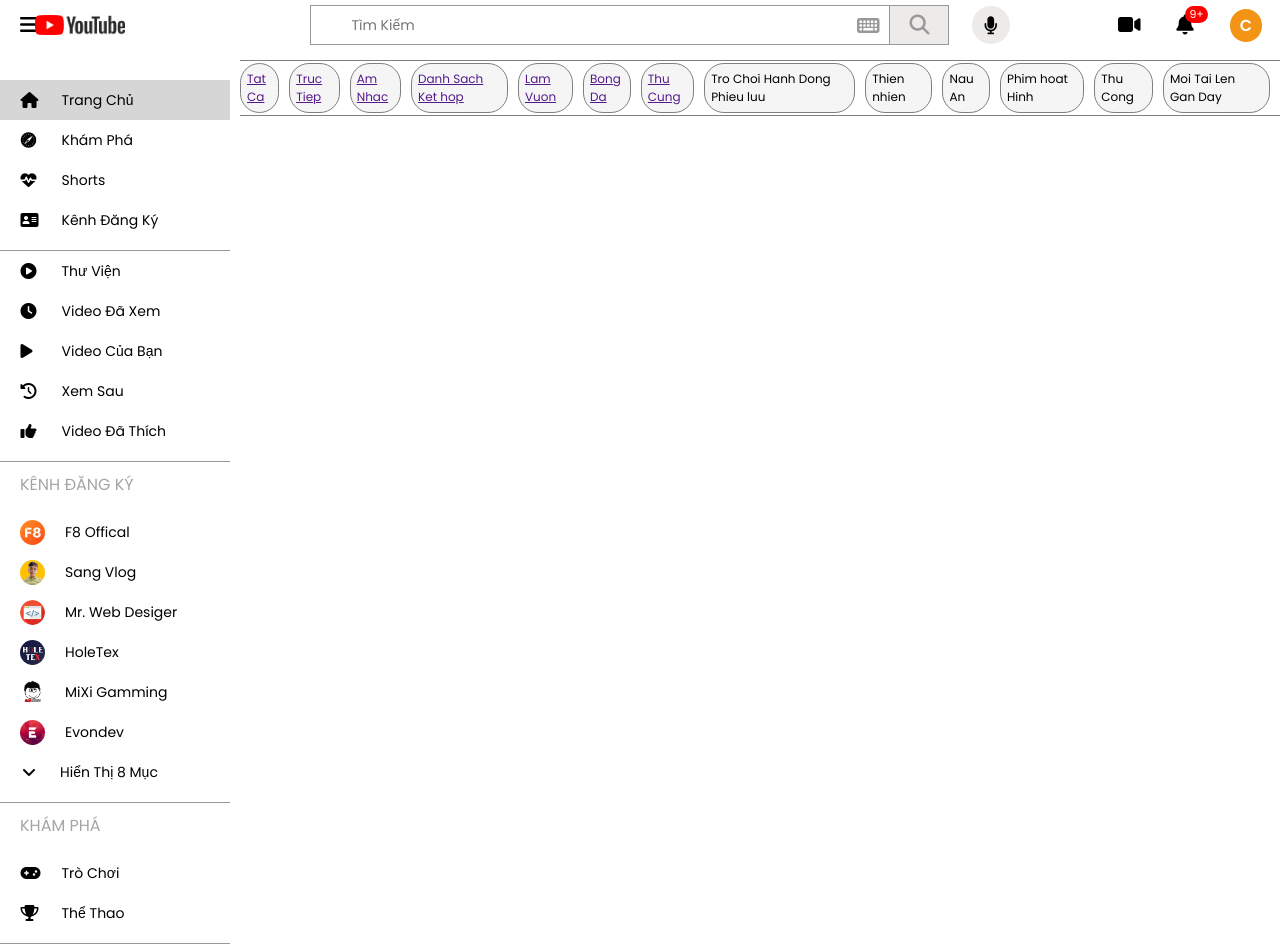
Repository: cuongcay/Clone_YB
Page: index.html
These files come from the project's save history. The page is drawn as it stood at one moment and after a run of saves; the edit follows.
The browser window is 1280 px wide. The pictures show the whole page.
Some web libraries are served in a nearby version.

Above is the page before, as saved 2022-08-04 20:33:47.

### index.html
<!DOCTYPE html>
<html lang="en">
<head>
    <meta charset="UTF-8">
    <meta http-equiv="X-UA-Compatible" content="IE=edge">
    <meta name="viewport" content="width=device-width, initial-scale=1.0">
    <link rel="stylesheet" href="./style.css">
    <link rel="stylesheet" href="https://cdnjs.cloudflare.com/ajax/libs/font-awesome/6.1.2/css/all.min.css">
    <title>Clone_Youtube</title>
</head>
<body>
    <div class="container">
        <div class="header">
            <div class="left-header">
                <i class="fa fa-bars"></i>
                <a href="">
                    <img src="./Image/Logo.png" alt="Logo_Youtube">
                </a>
            </div>
            <div class="center-header">
                <div class="search">

                    <input type="text" placeholder="Tìm Kiếm" class="search-input" onfocus="handleClick()">
                    <i class="fa fa-keyboard keyboard"></i>

                    <div class="search_modal" id="search-modal">
                        <div class="search_modal_item">
                            <i class="fa-solid fa-magnifying-glass"></i>
                            <span>Html code facebook Login Fage</span>
                        </div>
                        <div class="search_modal_item">
                            <i class="fa-solid fa-magnifying-glass"></i>
                            <span>HTML, CSS project</span>
                        </div>
                        <div class="search_modal_item">
                            <i class="fa-solid fa-magnifying-glass"></i>
                            <span>F8 Fullstack</span>
                        </div>
                        <div class="search_modal_item">
                            <i class="fa-solid fa-magnifying-glass"></i>
                            <span>Nodemy</span>
                        </div>
                        <div class="search_modal_item">
                            <i class="fa-solid fa-magnifying-glass"></i>
                            <span>Evondev</span>
                        </div>
                        <div class="search_modal_item">
                            <i class="fa-solid fa-magnifying-glass"></i>
                            <span>Sun PordCard</span>
                        </div>
                        <div class="search_modal_item">
                            <i class="fa-solid fa-magnifying-glass"></i>
                            <span>F8 ReactJS</span>
                        </div>
                        <div class="search_modal_item">
                            <i class="fa-solid fa-magnifying-glass"></i>
                            <span>FreeCodeCamp</span>
                        </div>
                        <div class="search_modal_item">
                            <i class="fa-solid fa-magnifying-glass"></i>
                            <span>github</span>
                        </div>

                    </div>

                </div>
                <div>
                    <i class="fa-solid fa-magnifying-glass icon-search"></i>
                    <i class="fa-solid fa-microphone icon-mic"></i>
                </div>
            </div>
            <div class="right-header">
                <div class="create">
                    <i class="fa-solid fa-video create-icon" id="create-icon"></i>
                    <span class="create-icon-hover">Tao</span>
                    <div class="create-icon-show " id="create-icon-show">
                        <div class="create-show-content">
                            <div class="create-show-content-list">
                                <i class="fa-solid fa-play"></i>
                                <span>Tai Video len</span>
                            </div>
                            <div class="create-show-content-list">
                                <i class="fa-solid fa-tower-broadcast"></i>
                                <span >Phat truc Tiep</span>

                            </div>
                        </div>
                    </div>
                </div>
                <div class="notifi">
                    <i class="fa-solid fa-bell notifi-icon" id="notifi-icon"></i>
                    <span class="notifi-hover">Thong bao</span>
                    <span class="live-stream">9+</span>
                    <div class="notifi-show" id="notifi-show">
                        <div class="notifi-show-header">
                            <span>Thong Bao</span>
                            <div class="notifi-show-header-icon">
                                <i class="fa-solid fa-gear icon-gear"></i>
                                <p>Cai Dat</p>
                            </div>

                        </div>
                        <div class="notifi-show-body">
                            <div class="notift-show-list">
                                <div class="notifi-show-content">
                                    <div class="notifi-show-content-first"></div>
                                    <div class="notifi-show-content-second">
                                        <img src="./Image/mixi.jpeg" alt="">
                                    </div>
                                    <div class="notifi-show-content-third">
                                        <p>
                                            MiXingGamming dang phat truc tiep: <br>
                                            Restream Hom Qua....
                                        </p>
                                        <span>11 gio truoc</span>
                                    </div>
                                    <div class="notifi-show-content-four">
                                        <img src="./Image/Notifi_show/mixi.jpeg" alt="Mixigamming">
                                    </div>
                                </div>
                            </div>

                            <div class="notift-show-list">
                                <div class="notifi-show-content">
                                    <div class="notifi-show-content-first"></div>
                                    <div class="notifi-show-content-second">
                                        <img src="./Image/mixi.jpeg" alt="">
                                    </div>
                                    <div class="notifi-show-content-third">
                                        <p>
                                            MiXingGamming dang phat truc tiep: <br>
                                            Restream Hom Qua....
                                        </p>
                                        <span>11 gio truoc</span>
                                    </div>
                                    <div class="notifi-show-content-four">
                                        <img src="./Image/Notifi_show/mixi.jpeg" alt="Mixigamming">
                                    </div>
                                </div>
                            </div>
                            <div class="notift-show-list">
                                <div class="notifi-show-content">
                                    <div class="notifi-show-content-first"></div>
                                    <div class="notifi-show-content-second">
                                        <img src="./Image/mixi.jpeg" alt="">
                                    </div>
                                    <div class="notifi-show-content-third">
                                        <p>
                                            MiXingGamming dang phat truc tiep: <br>
                                            Restream Hom Qua....
                                        </p>
                                        <span>11 gio truoc</span>
                                    </div>
                                    <div class="notifi-show-content-four">
                                        <img src="./Image/Notifi_show/mixi.jpeg" alt="Mixigamming">
                                    </div>
                                </div>
                            </div>
                            <div class="notift-show-list">
                                <div class="notifi-show-content">
                                    <div class="notifi-show-content-first"></div>
                                    <div class="notifi-show-content-second">
                                        <img src="./Image/mixi.jpeg" alt="">
                                    </div>
                                    <div class="notifi-show-content-third">
                                        <p>
                                            MiXingGamming dang phat truc tiep: <br>
                                            Restream Hom Qua....
                                        </p>
                                        <span>11 gio truoc</span>
                                    </div>
                                    <div class="notifi-show-content-four">
                                        <img src="./Image/Notifi_show/mixi.jpeg" alt="Mixigamming">
                                    </div>
                                </div>
                            </div>
                            <div class="notift-show-list">
                                <div class="notifi-show-content">
                                    <div class="notifi-show-content-first"></div>
                                    <div class="notifi-show-content-second">
                                        <img src="./Image/mixi.jpeg" alt="">
                                    </div>
                                    <div class="notifi-show-content-third">
                                        <p>
                                            MiXingGamming dang phat truc tiep: <br>
                                            Restream Hom Qua....
                                        </p>
                                        <span>11 gio truoc</span>
                                    </div>
                                    <div class="notifi-show-content-four">
                                        <img src="./Image/Notifi_show/mixi.jpeg" alt="Mixigamming">
                                    </div>
                                </div>
                            </div>
                        </div>
                    </div>
                </div>

                <div class="user">
                    <h4>C</h4>
                </div>
            </div>
            <!-- Chao Ho Van Trong -->
        </div>
    </div>
    <div class="container-fulid">
        <div class="nav-bar">
            <ul class="nav-bar-list">
                <li>
                    <a href="#" class="nav-bar-link ">
                        <div class="nav-bar-box active">
                            <i class="fa-solid fa-house icon-nav" ></i>
                            <p class="nav-bar-text">Trang Chủ</p>
                        </div>
                    </a>
                </li>
                <li>
                    <a href="#" class="nav-bar-link">
                        <div class="nav-bar-box">
                            <i class="fa-brands fa-safari icon-nav"></i>
                        <p class="nav-bar-text">Khám Phá</p>
                        </div>
                    </a>
                </li>
                <li>
                    <a href="#" class="nav-bar-link">
                        <div class="nav-bar-box">
                            <i class="fa-solid fa-heart-pulse icon-nav"></i>
                            <p class="nav-bar-text">Shorts</p>
                        </div>
                    </a>
                </li>
                <li>
                    <a href="#" class="nav-bar-link">
                        <div class="nav-bar-box">
                            <i class="fa-solid fa-address-card icon-nav"></i>
                            <p class="nav-bar-text">Kênh Đăng Ký</p>
                        </div>
                    </a>
                </li>
            </ul>
            <div class="row"></div>
            <ul class="nav-bar-list">
                <li>
                    <a href="#" class="nav-bar-link ">
                        <div class="nav-bar-box">
                            <i class="fa-solid fa-circle-play icon-nav"></i>
                            <p class="nav-bar-text">Thư Viện</p>
                        </div>
                    </a>
                </li>
                <li>
                    <a href="#" class="nav-bar-link">
                        <div class="nav-bar-box">
                            <i class="fa-solid fa-clock icon-nav"></i>
                        <p class="nav-bar-text">Video Đã Xem</p>
                        </div>
                    </a>
                </li>
                <li>
                    <a href="#" class="nav-bar-link">
                        <div class="nav-bar-box">
                            <i class="fa-solid fa-play icon-nav"></i>
                            <p class="nav-bar-text">Video Của Bạn</p>
                        </div>
                    </a>
                </li>
                <li>
                    <a href="#" class="nav-bar-link">
                        <div class="nav-bar-box">
                            <i class="fa-solid fa-clock-rotate-left icon-nav"></i>
                            <p class="nav-bar-text">Xem Sau</p>
                        </div>
                    </a>
                </li>
                <li>
                    <a href="#" class="nav-bar-link">
                        <div class="nav-bar-box">
                            <i class="fa-solid fa-thumbs-up icon-nav"></i>
                            <p class="nav-bar-text">Video Đã Thích</p>
                        </div>
                    </a>
                </li>
            </ul>
            <div class="row"></div>
            <ul class="nav-bar-list">
                <li class="Subrice">KÊNH ĐĂNG KÝ</li>
                <li>
                    <a href="#" class="nav-bar-link ">
                        <div class="nav-bar-box">
                            <img src="./Image/channels4_profile.jpeg">
                            <p class="nav-bar-content">F8 Offical</p>
                        </div>
                    </a>
                </li>
                <li>
                    <a href="#" class="nav-bar-link">
                        <div class="nav-bar-box">
                            <img src="./Image/Sangvlog.jpeg" alt="">
                            <p class="nav-bar-content">Sang Vlog</p>
                        </div>
                    </a>
                </li>
                <li>
                    <a href="#" class="nav-bar-link">
                        <div class="nav-bar-box">
                            <img src="./Image/mr_web.jpeg" alt="">
                            <p class="nav-bar-content">Mr. Web Desiger</p>
                        </div>
                    </a>
                </li>
                <li>
                    <a href="#" class="nav-bar-link">
                        <div class="nav-bar-box">
                            <img src="./Image/holetex.jpeg" alt="">
                            <p class="nav-bar-content">HoleTex</p>
                        </div>
                    </a>
                </li>
                <li>
                    <a href="#" class="nav-bar-link">
                        <div class="nav-bar-box">
                            <img src="./Image/mixi.jpeg" alt="">
                            <p class="nav-bar-content">MiXi Gamming</p>
                        </div>
                    </a>
                </li>
                <li>
                    <a href="#" class="nav-bar-link">
                        <div class="nav-bar-box">
                            <img src="./Image/evondev.jpeg" alt="">
                            <p class="nav-bar-content">Evondev</p>
                        </div>
                    </a>
                </li>
                <li>
                    <a href="#" class="nav-bar-link">
                        <div class="nav-bar-box">
                            <i class="fa-solid fa-angle-down"></i>
                            <p class="nav-bar-content">Hiển Thị 8 Mục</p>
                        </div>
                    </a>
                </li>
            </ul>
            <div class="row"></div>
            <ul class="nav-bar-list">
                <li class="Subrice">KHÁM PHÁ</li>
                <li>
                    <a href="#" class="nav-bar-link ">
                        <div class="nav-bar-box">
                            <i class="fa-solid fa-gamepad icon-nav"></i>
                            <p class="nav-bar-text">Trò Chơi</p>
                        </div>
                    </a>
                </li>
                <li>
                    <a href="#" class="nav-bar-link ">
                        <div class="nav-bar-box">
                            <i class="fa-solid fa-trophy icon-nav"></i>
                            <p class="nav-bar-text">Thể Thao</p>
                        </div>
                    </a>
                </li>
            </ul>
            <div class="row"></div>
        </div>
        <div class="main-body">
            <div class="list-outstanding">
                <a href=""><span>Tat Ca</span></a>
                <a href=""><span>Truc Tiep</span></a>
                <a href=""><span>Am Nhac</span></a>
                <a href=""><span>Danh Sach Ket hop</span></a>
                <a href=""><span>Lam Vuon</span></a>
                <a href=""><span>Bong Da</span></a>
                <a href=""><span>Thu Cung</span></a>
                <span>Tro Choi Hanh Dong Phieu luu</span>
                <span>Thien nhien</span>
                <span>Nau An</span>
                <span>Phim hoat Hinh</span>
                <span>Thu Cong</span>
                <span>Moi Tai Len Gan Day</span>
            </div>
        </div>
    </div>



    <script src="./js.js"></script>
</body>
</html>

Loaded but not shown: js.js (14 lines, source omitted); style.css (503 lines, source omitted)

After the next 5 saves:
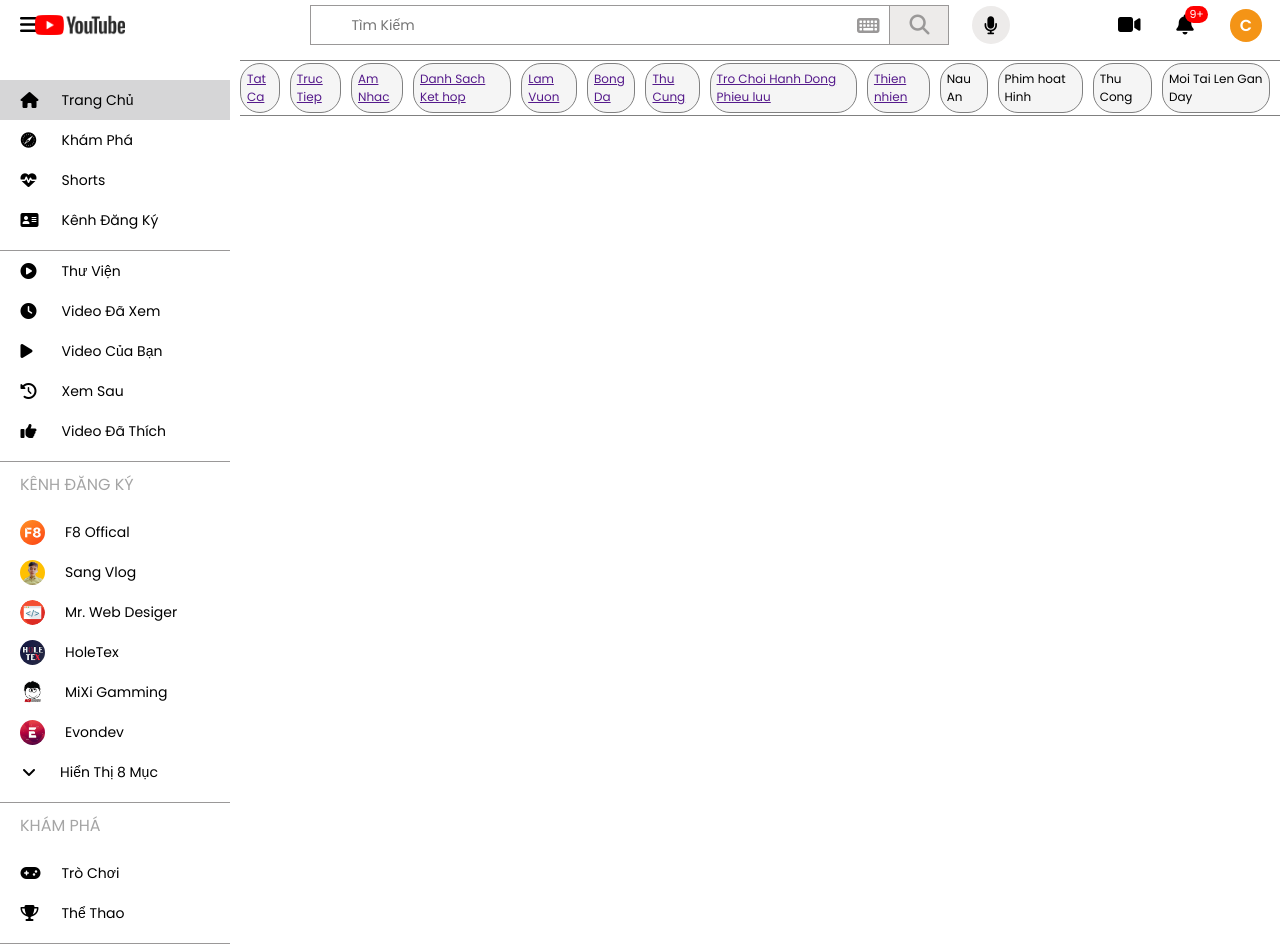
The 5 saves are shown as one change because they came seconds apart.
The last was saved 13 s later.
--- a/index.html
+++ b/index.html
@@ -373,8 +373,8 @@
                 <a href=""><span>Lam Vuon</span></a>
                 <a href=""><span>Bong Da</span></a>
                 <a href=""><span>Thu Cung</span></a>
-                <span>Tro Choi Hanh Dong Phieu luu</span>
-                <span>Thien nhien</span>
+                <a href=""><span>Tro Choi Hanh Dong Phieu luu</span></a>
+                <a href=""><span>Thien nhien</span></a>
                 <span>Nau An</span>
                 <span>Phim hoat Hinh</span>
                 <span>Thu Cong</span>
